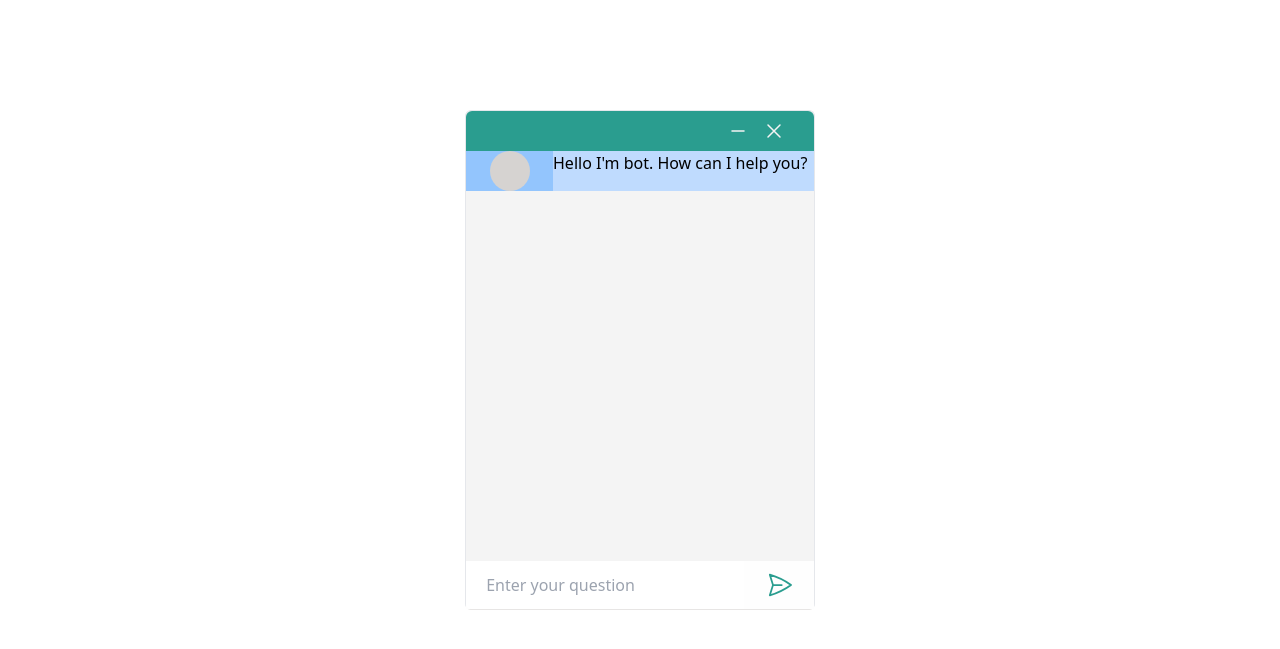
Repository: hsumyatm7308/Chatbot
Page: index.html
An editor plug-in stored every save of this project. The page is shown before and after the next save, followed by the edit.
The browser window is 1280 px wide. The pictures show the whole page.
Some web libraries are served in a nearby version.

Above is the page before, as saved 2023-07-09 11:15:55.

### index.html
<!DOCTYPE html>
<html>

<head>
    <title>Chat Bot</title>
    <script src="https://cdn.tailwindcss.com"></script>
</head>

<body class="bg-[#fffff]">

    <div class="w-screen h-screen flex justify-center items-center  container">
        <div class="w-[350px] h-[500px] bg-[#f4f4f4] border border-b-stone-200 rounded-md relative chatbot-container">
            <div
                class="w-full h-10 text-[#f4f4f4] bg-[#2a9d8f] rounded-tl-md rounded-tr-md flex justify-end items-center">
                <svg xmlns="http://www.w3.org/2000/svg" fill="none" viewBox="0 0 24 24" stroke-width="1.5"
                    stroke="currentColor" class="w-6 h-6 mr-3">
                    <path stroke-linecap="round" stroke-linejoin="round" d="M18 12H6" />
                </svg>

                <svg xmlns="http://www.w3.org/2000/svg" fill="none" viewBox="0 0 24 24" stroke-width="1.5"
                    stroke="currentColor" class="w-6 h-6 mr-7">
                    <path stroke-linecap="round" stroke-linejoin="round" d="M6 18L18 6M6 6l12 12" />
                </svg>

            </div>

            <div class="w-full h-full overflow-y-auto">
                 <div class="w-full h-auto bg-red-500 grid grid-cols-4 flex profile-side">
                       <div class= "w-full h-auto bg-blue-300 flex justify-center items-center">
                            <div class="w-10 h-10 rounded-full bg-stone-300">

                            </div>
                       </div>
                       <div class=" bg-blue-200 col-span-3">
                            <div class="w-full h-auto bg-stone-300">
                                    <div class="w-auto h-full bg-blue-200">
                                        <span>Hello I'm bot. How can I help you?</span>
                                    </div>
                            </div>
                       </div>
                 </div>
            </div>

            <div class="w-full h-12 bg-[#fefefe] absolute bottom-0">
                <form action="" class="w-full h-12 bg-[#fefefe] flex justify-between items-center">
                    <input type="text" class="w-[80%] h-full  rounded-bl-md p-4" placeholder=" Enter your question">

                    <button type="submit" class="mr-5">
                        <svg xmlns="http://www.w3.org/2000/svg" fill="none" viewBox="0 0 24 24" stroke-width="1.5"
                            stroke="currentColor" class="w-7 h-7 text-[#2a9d8f]">
                            <path stroke-linecap="round" stroke-linejoin="round"
                                d="M6 12L3.269 3.126A59.768 59.768 0 0121.485 12 59.77 59.77 0 013.27 20.876L5.999 12zm0 0h7.5" />
                        </svg>

                    </button>
                </form>
            </div>
        </div>
    </div>

</body>

</html>

After the next save:
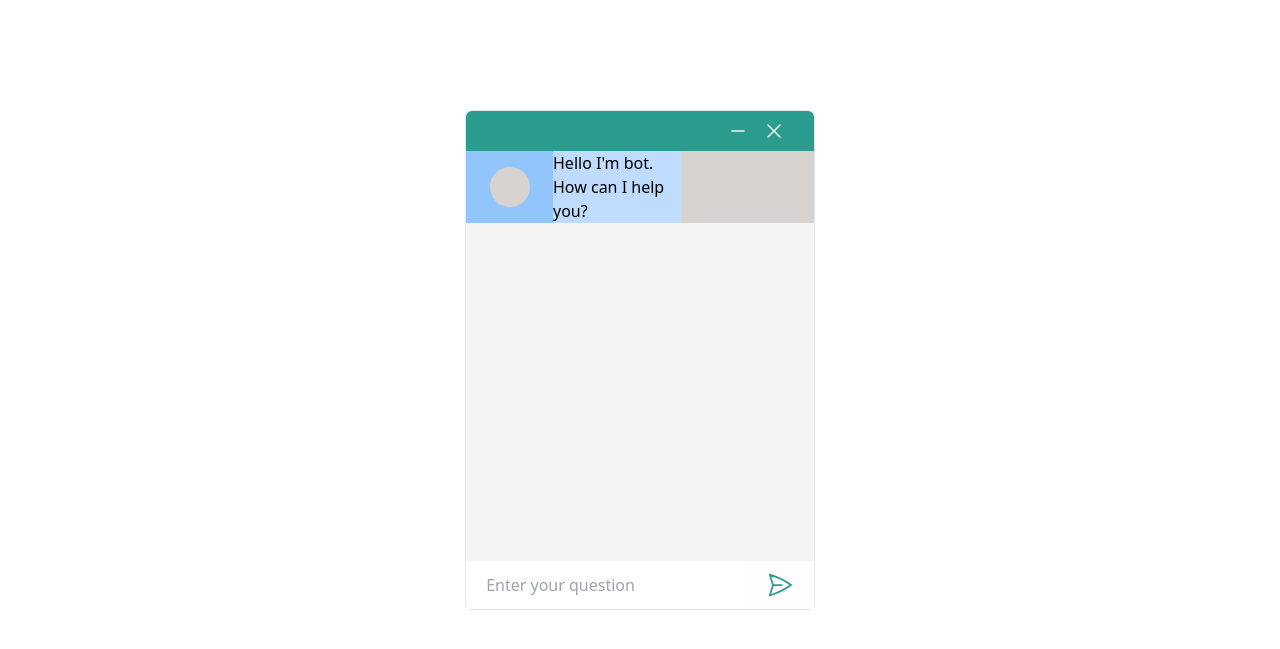
Saved 9 s later.
--- a/index.html
+++ b/index.html
@@ -33,7 +33,7 @@
                        </div>
                        <div class=" bg-blue-200 col-span-3">
                             <div class="w-full h-auto bg-stone-300">
-                                    <div class="w-auto h-full bg-blue-200">
+                                    <div class="w-32 h-full bg-blue-200">
                                         <span>Hello I'm bot. How can I help you?</span>
                                     </div>
                             </div>

After the save that followed:
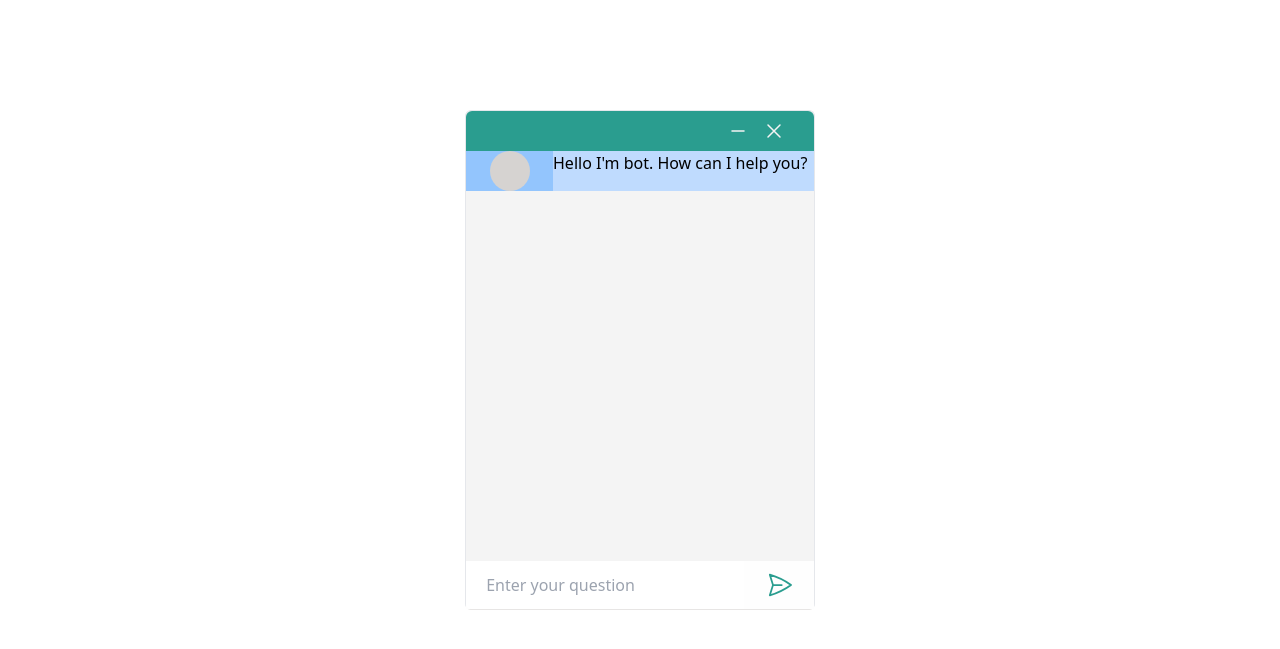
Saved 7 s later.
--- a/index.html
+++ b/index.html
@@ -33,7 +33,7 @@
                        </div>
                        <div class=" bg-blue-200 col-span-3">
                             <div class="w-full h-auto bg-stone-300">
-                                    <div class="w-32 h-full bg-blue-200">
+                                    <div class="w-46 h-full bg-blue-200">
                                         <span>Hello I'm bot. How can I help you?</span>
                                     </div>
                             </div>
